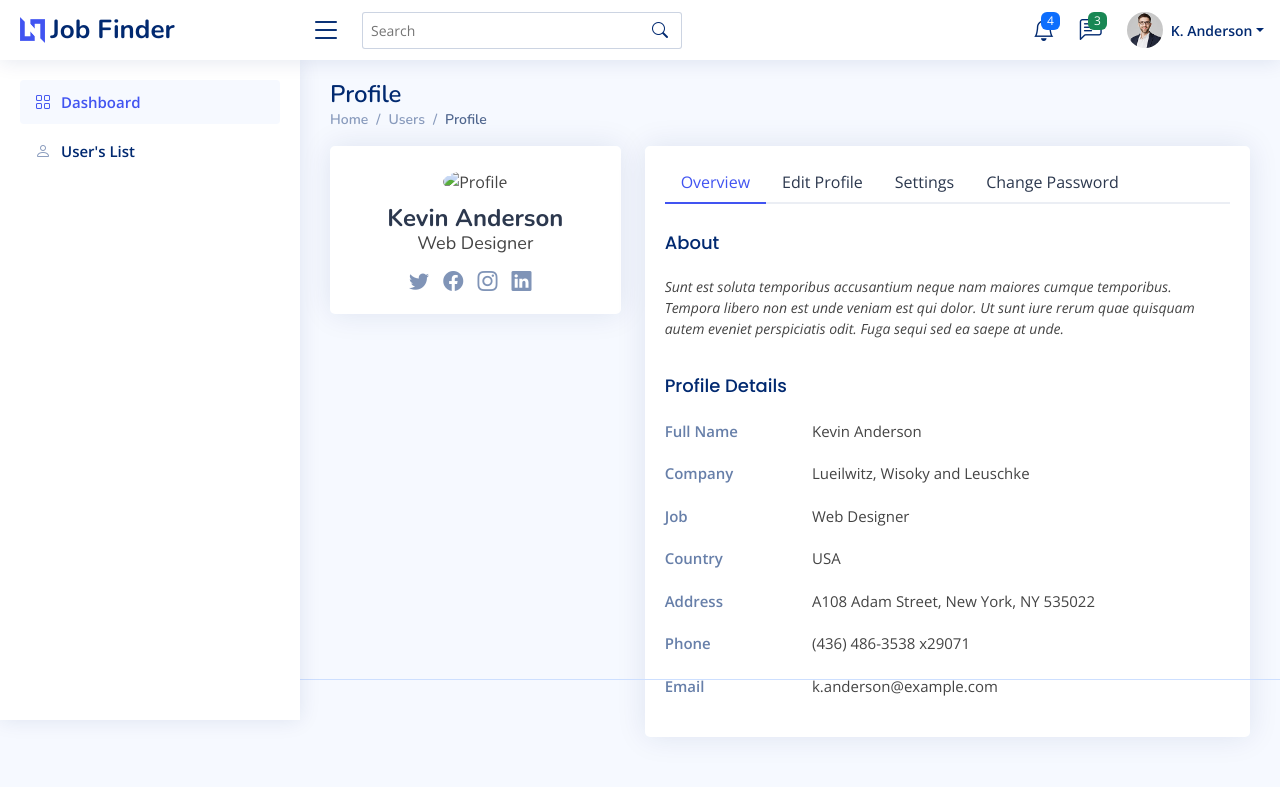
Repository: neha-rouniyar/jobfinder
Page: http://localhost/employer/my-profile
These files come from the project's save history. The page is drawn as it stood at one moment and after a run of saves; the edit follows.
The browser window is 1280 px wide. The pictures show the whole page.
The page is served by the project's Laravel application, run on PHP 8.4 with Laravel 10. A made-up administrator, Test User (test@example.com), is signed in. Other server files are loaded and not shown.

Above is the page before, as saved 2023-12-21 22:31:47.

### routes/web.php
<?php

use App\Http\Controllers\Admin\AdminController;
use App\Http\Controllers\Employer\ProfileController;
use App\Http\Controllers\RegisterController;
use Illuminate\Support\Facades\Route;

/*
|--------------------------------------------------------------------------
| Web Routes
|--------------------------------------------------------------------------
|
| Here is where you can register web routes for your application. These
| routes are loaded by the RouteServiceProvider and all of them will
| be assigned to the "web" middleware group. Make something great!
|
*/

Route::get('/', function () {
    return view('welcome');
});

Route::get('/login-form',[RegisterController::class,'loginForm'])->name('login.form');
Route::get('/register-form',[RegisterController::class,'registerForm'])->name('register.form');
Route::get('/employer-form',[RegisterController::class,'employerForm'])->name('employer.form');
Route::post('/user/register-form',[RegisterController::class,'userRegisterStore'])->name('user.register.submit');
Route::post('/employer/register-form',[RegisterController::class,'companyRegisterStore'])->name('company.register.submit');
Route::post('/login-submit',[RegisterController::class,'loginAuthenticate'])->name('login.submit');





Route::get('/verify-email/{token}',[RegisterController::class,'verifyEmail'])->name('verify.email');


//admin page
Route::get('/admin-dashboard',[AdminController::class,'index'])->name('admin.dashboard');
Route::get('/admin-logout',[AdminController::class,'logout'])->name('admin.logout');
Route::get('/admin/users-list',[AdminController::class,'userList'])->name('admin.users.list');

//company only
Route::get('/employer/my-profile',[ProfileController::class,'myProfile'])->name('company.profile');



//common routes
// Route::get('/admin-dashboard',[AdminController::class,'index'])->name('common.dashboard');

### app/Models/User.php
<?php

namespace App\Models;

// use Illuminate\Contracts\Auth\MustVerifyEmail;
use Illuminate\Database\Eloquent\Factories\HasFactory;
use Illuminate\Foundation\Auth\User as Authenticatable;
use Illuminate\Notifications\Notifiable;
use Laravel\Sanctum\HasApiTokens;

class User extends Authenticatable
{
    use HasApiTokens, HasFactory, Notifiable;

    /**
     * The attributes that are mass assignable.
     *
     * @var array<int, string>
     */
    protected $fillable = [
        'name',
        'email',
        'password',
    ];

    /**
     * The attributes that should be hidden for serialization.
     *
     * @var array<int, string>
     */
    protected $hidden = [
        'password',
        'remember_token',
    ];

    /**
     * The attributes that should be cast.
     *
     * @var array<string, string>
     */
    protected $casts = [
        'email_verified_at' => 'datetime',
        'password' => 'hashed',
    ];
    public function emailVerification()
    {
        return $this->hasOne(EmailVerification::class);
    }
    public function roles()
    {
        return $this->belongsToMany(User::class,'user_roles','user_id','role_id');
    }

}

### app/Http/Controllers/Employer/ProfileController.php
<?php

namespace App\Http\Controllers\Employer;

use App\Http\Controllers\Controller;
use Illuminate\Http\Request;

class ProfileController extends Controller
{
    public function myProfile(Request $request)
    {
        return view('employer.myProfile');
    }
}

### resources/views/employer/myProfile.blade.php
@extends('admin.index')
@section('content')


      <main id="main" class="main">

        <div class="pagetitle">
          <h1>Profile</h1>
          <nav>
            <ol class="breadcrumb">
              <li class="breadcrumb-item"><a href="index.html">Home</a></li>
              <li class="breadcrumb-item">Users</li>
              <li class="breadcrumb-item active">Profile</li>
            </ol>
          </nav>
        </div><!-- End Page Title -->

        <section class="section profile">
          <div class="row">
            <div class="col-xl-4">

              <div class="card">
                <div class="card-body profile-card pt-4 d-flex flex-column align-items-center">

                  <img src="assets/img/profile-img.jpg" alt="Profile" class="rounded-circle">
                  <h2>Kevin Anderson</h2>
                  <h3>Web Designer</h3>
                  <div class="social-links mt-2">
                    <a href="#" class="twitter"><i class="bi bi-twitter"></i></a>
                    <a href="#" class="facebook"><i class="bi bi-facebook"></i></a>
                    <a href="#" class="instagram"><i class="bi bi-instagram"></i></a>
                    <a href="#" class="linkedin"><i class="bi bi-linkedin"></i></a>
                  </div>
                </div>
              </div>

            </div>

            <div class="col-xl-8">

              <div class="card">
                <div class="card-body pt-3">
                  <!-- Bordered Tabs -->
                  <ul class="nav nav-tabs nav-tabs-bordered">

                    <li class="nav-item">
                      <button class="nav-link active" data-bs-toggle="tab" data-bs-target="#profile-overview">Overview</button>
                    </li>

                    <li class="nav-item">
                      <button class="nav-link" data-bs-toggle="tab" data-bs-target="#profile-edit">Edit Profile</button>
                    </li>

                    <li class="nav-item">
                      <button class="nav-link" data-bs-toggle="tab" data-bs-target="#profile-settings">Settings</button>
                    </li>

                    <li class="nav-item">
                      <button class="nav-link" data-bs-toggle="tab" data-bs-target="#profile-change-password">Change Password</button>
                    </li>

                  </ul>
                  <div class="tab-content pt-2">

                    <div class="tab-pane fade show active profile-overview" id="profile-overview">
                      <h5 class="card-title">About</h5>
                      <p class="small fst-italic">Sunt est soluta temporibus accusantium neque nam maiores cumque temporibus. Tempora libero non est unde veniam est qui dolor. Ut sunt iure rerum quae quisquam autem eveniet perspiciatis odit. Fuga sequi sed ea saepe at unde.</p>

                      <h5 class="card-title">Profile Details</h5>

                      <div class="row">
                        <div class="col-lg-3 col-md-4 label ">Full Name</div>
                        <div class="col-lg-9 col-md-8">Kevin Anderson</div>
                      </div>

                      <div class="row">
                        <div class="col-lg-3 col-md-4 label">Company</div>
                        <div class="col-lg-9 col-md-8">Lueilwitz, Wisoky and Leuschke</div>
                      </div>

                      <div class="row">
                        <div class="col-lg-3 col-md-4 label">Job</div>
                        <div class="col-lg-9 col-md-8">Web Designer</div>
                      </div>

                      <div class="row">
                        <div class="col-lg-3 col-md-4 label">Country</div>
                        <div class="col-lg-9 col-md-8">USA</div>
                      </div>

                      <div class="row">
                        <div class="col-lg-3 col-md-4 label">Address</div>
                        <div class="col-lg-9 col-md-8">A108 Adam Street, New York, NY 535022</div>
                      </div>

                      <div class="row">
                        <div class="col-lg-3 col-md-4 label">Phone</div>
                        <div class="col-lg-9 col-md-8">(436) 486-3538 x29071</div>
                      </div>

                      <div class="row">
                        <div class="col-lg-3 col-md-4 label">Email</div>
                        <div class="col-lg-9 col-md-8">k.anderson@example.com</div>
                      </div>

                    </div>

                    <div class="tab-pane fade profile-edit pt-3" id="profile-edit">

                      <!-- Profile Edit Form -->
                      <form>
                        <div class="row mb-3">
                          <label for="profileImage" class="col-md-4 col-lg-3 col-form-label">Profile Image</label>
                          <div class="col-md-8 col-lg-9">
                            <img src="assets/img/profile-img.jpg" alt="Profile">
                            <div class="pt-2">
                              <a href="#" class="btn btn-primary btn-sm" title="Upload new profile image"><i class="bi bi-upload"></i></a>
                              <a href="#" class="btn btn-danger btn-sm" title="Remove my profile image"><i class="bi bi-trash"></i></a>
                            </div>
                          </div>
                        </div>

                        <div class="row mb-3">
                          <label for="fullName" class="col-md-4 col-lg-3 col-form-label">Full Name</label>
                          <div class="col-md-8 col-lg-9">
                            <input name="fullName" type="text" class="form-control" id="fullName" value="Kevin Anderson">
                          </div>
                        </div>

                        <div class="row mb-3">
                          <label for="about" class="col-md-4 col-lg-3 col-form-label">About</label>
                          <div class="col-md-8 col-lg-9">
                            <textarea name="about" class="form-control" id="about" style="height: 100px">Sunt est soluta temporibus accusantium neque nam maiores cumque temporibus. Tempora libero non est unde veniam est qui dolor. Ut sunt iure rerum quae quisquam autem eveniet perspiciatis odit. Fuga sequi sed ea saepe at unde.</textarea>
                          </div>
                        </div>

                        <div class="row mb-3">
                          <label for="company" class="col-md-4 col-lg-3 col-form-label">Company</label>
                          <div class="col-md-8 col-lg-9">
                            <input name="company" type="text" class="form-control" id="company" value="Lueilwitz, Wisoky and Leuschke">
                          </div>
                        </div>

                        <div class="row mb-3">
                          <label for="Job" class="col-md-4 col-lg-3 col-form-label">Job</label>
                          <div class="col-md-8 col-lg-9">
                            <input name="job" type="text" class="form-control" id="Job" value="Web Designer">
                          </div>
                        </div>

                        <div class="row mb-3">
                          <label for="Country" class="col-md-4 col-lg-3 col-form-label">Country</label>
                          <div class="col-md-8 col-lg-9">
                            <input name="country" type="text" class="form-control" id="Country" value="USA">
                          </div>
                        </div>

                        <div class="row mb-3">
                          <label for="Address" class="col-md-4 col-lg-3 col-form-label">Address</label>
                          <div class="col-md-8 col-lg-9">
                            <input name="address" type="text" class="form-control" id="Address" value="A108 Adam Street, New York, NY 535022">
                          </div>
                        </div>

                        <div class="row mb-3">
                          <label for="Phone" class="col-md-4 col-lg-3 col-form-label">Phone</label>
                          <div class="col-md-8 col-lg-9">
                            <input name="phone" type="text" class="form-control" id="Phone" value="(436) 486-3538 x29071">
                          </div>
                        </div>

                        <div class="row mb-3">
                          <label for="Email" class="col-md-4 col-lg-3 col-form-label">Email</label>
                          <div class="col-md-8 col-lg-9">
                            <input name="email" type="email" class="form-control" id="Email" value="k.anderson@example.com">
                          </div>
                        </div>

                        <div class="row mb-3">
                          <label for="Twitter" class="col-md-4 col-lg-3 col-form-label">Twitter Profile</label>
                          <div class="col-md-8 col-lg-9">
                            <input name="twitter" type="text" class="form-control" id="Twitter" value="https://twitter.com/#">
                          </div>
                        </div>

                        <div class="row mb-3">
                          <label for="Facebook" class="col-md-4 col-lg-3 col-form-label">Facebook Profile</label>
                          <div class="col-md-8 col-lg-9">
                            <input name="facebook" type="text" class="form-control" id="Facebook" value="https://facebook.com/#">
                          </div>
                        </div>

                        <div class="row mb-3">
                          <label for="Instagram" class="col-md-4 col-lg-3 col-form-label">Instagram Profile</label>
                          <div class="col-md-8 col-lg-9">
                            <input name="instagram" type="text" class="form-control" id="Instagram" value="https://instagram.com/#">
                          </div>
                        </div>

                        <div class="row mb-3">
                          <label for="Linkedin" class="col-md-4 col-lg-3 col-form-label">Linkedin Profile</label>
                          <div class="col-md-8 col-lg-9">
                            <input name="linkedin" type="text" class="form-control" id="Linkedin" value="https://linkedin.com/#">
                          </div>
                        </div>

                        <div class="text-center">
                          <button type="submit" class="btn btn-primary">Save Changes</button>
                        </div>
                      </form><!-- End Profile Edit Form -->

                    </div>

                    <div class="tab-pane fade pt-3" id="profile-settings">

                      <!-- Settings Form -->
                      <form>

                        <div class="row mb-3">
                          <label for="fullName" class="col-md-4 col-lg-3 col-form-label">Email Notifications</label>
                          <div class="col-md-8 col-lg-9">
                            <div class="form-check">
                              <input class="form-check-input" type="checkbox" id="changesMade" checked>
                              <label class="form-check-label" for="changesMade">
                                Changes made to your account
                              </label>
                            </div>
                            <div class="form-check">
                              <input class="form-check-input" type="checkbox" id="newProducts" checked>
                              <label class="form-check-label" for="newProducts">
                                Information on new products and services
                              </label>
                            </div>
                            <div class="form-check">
                              <input class="form-check-input" type="checkbox" id="proOffers">
                              <label class="form-check-label" for="proOffers">
                                Marketing and promo offers
                              </label>
                            </div>
                            <div class="form-check">
                              <input class="form-check-input" type="checkbox" id="securityNotify" checked disabled>
                              <label class="form-check-label" for="securityNotify">
                                Security alerts
                              </label>
                            </div>
                          </div>
                        </div>

                        <div class="text-center">
                          <button type="submit" class="btn btn-primary">Save Changes</button>
                        </div>
                      </form><!-- End settings Form -->

                    </div>

                    <div class="tab-pane fade pt-3" id="profile-change-password">
                      <!-- Change Password Form -->
                      <form>

                        <div class="row mb-3">
                          <label for="currentPassword" class="col-md-4 col-lg-3 col-form-label">Current Password</label>
                          <div class="col-md-8 col-lg-9">
                            <input name="password" type="password" class="form-control" id="currentPassword">
                          </div>
                        </div>

                        <div class="row mb-3">
                          <label for="newPassword" class="col-md-4 col-lg-3 col-form-label">New Password</label>
                          <div class="col-md-8 col-lg-9">
                            <input name="newpassword" type="password" class="form-control" id="newPassword">
                          </div>
                        </div>

                        <div class="row mb-3">
                          <label for="renewPassword" class="col-md-4 col-lg-3 col-form-label">Re-enter New Password</label>
                          <div class="col-md-8 col-lg-9">
                            <input name="renewpassword" type="password" class="form-control" id="renewPassword">
                          </div>
                        </div>

                        <div class="text-center">
                          <button type="submit" class="btn btn-primary">Change Password</button>
                        </div>
                      </form><!-- End Change Password Form -->

                    </div>

                  </div><!-- End Bordered Tabs -->

                </div>
              </div>

            </div>
          </div>
        </section>

      </main>



@endsection

### resources/views/admin/index.blade.php
<!DOCTYPE html>
<html lang="en">

<head>
  <meta charset="utf-8">
  <meta content="width=device-width, initial-scale=1.0" name="viewport">

  <title>Dashboard - NiceAdmin Bootstrap Template</title>
  <meta content="" name="description">
  <meta content="" name="keywords">

  <!-- Favicons -->
  <link href="assets/img/favicon.png" rel="icon">
  <link href="assets/img/apple-touch-icon.png" rel="apple-touch-icon">

  @include('admin.adminfiles.css')
</head>
<body>

  <!-- ======= Header ======== -->
@include('admin.adminfiles.navbar')


  <!-- ======= Sidebar ======= -->
  @include('admin.adminfiles.sidebar')

  @yield('content')
  <!-- End #main -->

  <!-- ======= Footer ======= -->
@include('admin.adminfiles.footer')
  <!-- End Footer -->

  <a href="#" class="back-to-top d-flex align-items-center justify-content-center"><i class="bi bi-arrow-up-short"></i></a>

  <!-- Vendor JS Files -->
@include('admin.adminfiles.js')

</body>

</html>

### resources/views/admin/adminfiles/css.blade.php
<link href="https://fonts.gstatic.com" rel="preconnect">
  <link href="https://fonts.googleapis.com/css?family=Open+Sans:300,300i,400,400i,600,600i,700,700i|Nunito:300,300i,400,400i,600,600i,700,700i|Poppins:300,300i,400,400i,500,500i,600,600i,700,700i" rel="stylesheet">

  <!-- Vendor CSS Files -->
  <link href="{{asset('adminasset/vendor/bootstrap/css/bootstrap.min.css')}}" rel="stylesheet">
  <link href="{{asset('adminasset/vendor/bootstrap-icons/bootstrap-icons.css')}}" rel="stylesheet">
  <link href="{{asset('adminasset/vendor/boxicons/css/boxicons.min.css')}}" rel="stylesheet">
  <link href="{{asset('adminasset/vendor/quill/quill.snow.css')}}" rel="stylesheet">
  <link href="{{asset('adminasset/vendor/quill/quill.bubble.css')}}" rel="stylesheet">
  <link href="{{asset('adminasset/vendor/remixicon/remixicon.css')}}" rel="stylesheet">
  <link href="{{asset('adminasset/vendor/simple-datatables/style.css')}}" rel="stylesheet">

  <!-- Template Main CSS File -->
  <link href="{{asset('adminasset/css/style.css')}}" rel="stylesheet">

### resources/views/admin/adminfiles/footer.blade.php

<footer id="footer" class="footer">
    {{-- <div class="copyright">
      &copy; Copyright <strong><span>NiceAdmin</span></strong>. All Rights Reserved
    </div>
    <div class="credits">
      <!-- All the links in the footer should remain intact. -->
      <!-- You can delete the links only if you purchased the pro version. -->
      <!-- Licensing information: https://bootstrapmade.com/license/ -->
      <!-- Purchase the pro version with working PHP/AJAX contact form: https://bootstrapmade.com/nice-admin-bootstrap-admin-html-template/ -->
      Designed by <a href="https://bootstrapmade.com/">BootstrapMade</a>
    </div> --}}
  </footer>

### resources/views/admin/adminfiles/js.blade.php
<script src="https://khalti.com/static/khalti-checkout.js"></script>
{{-- <script src="{{asset('adminasset/js/jquery.js')}}"></script> --}}
<script src="{{asset('adminasset/vendor/apexcharts/apexcharts.min.js')}}"></script>
<script src="{{asset('adminasset/vendor/bootstrap/js/bootstrap.bundle.min.js')}}"></script>
<script src="{{asset('adminasset/vendor/chart.js/chart.umd.js')}}"></script>
<script src="{{asset('adminasset/vendor/echarts/echarts.min.js')}}"></script>
<script src="{{asset('adminasset/vendor/quill/quill.min.js')}}"></script>
<script src="{{asset('adminasset/vendor/simple-datatables/simple-datatables.js')}}"></script>
<script src="{{asset('adminasset/vendor/tinymce/tinymce.min.js')}}"></script>
<script src="{{asset('adminasset/vendor/php-email-form/validate.js')}}"></script>

<!-- Template Main JS File -->
<script src="{{asset('adminasset/js/main.js')}}"></script>

Loaded but not shown: app/Http/Controllers/Controller.php (common file); public/adminasset/js/main.js (321 lines, source omitted); public/adminasset/css/style.css (1236 lines, source omitted); resources/views/admin/adminfiles/navbar.blade.php (228 lines, source omitted); resources/views/admin/adminfiles/sidebar.blade.php (85 lines, source omitted)

After the next 2 saves:
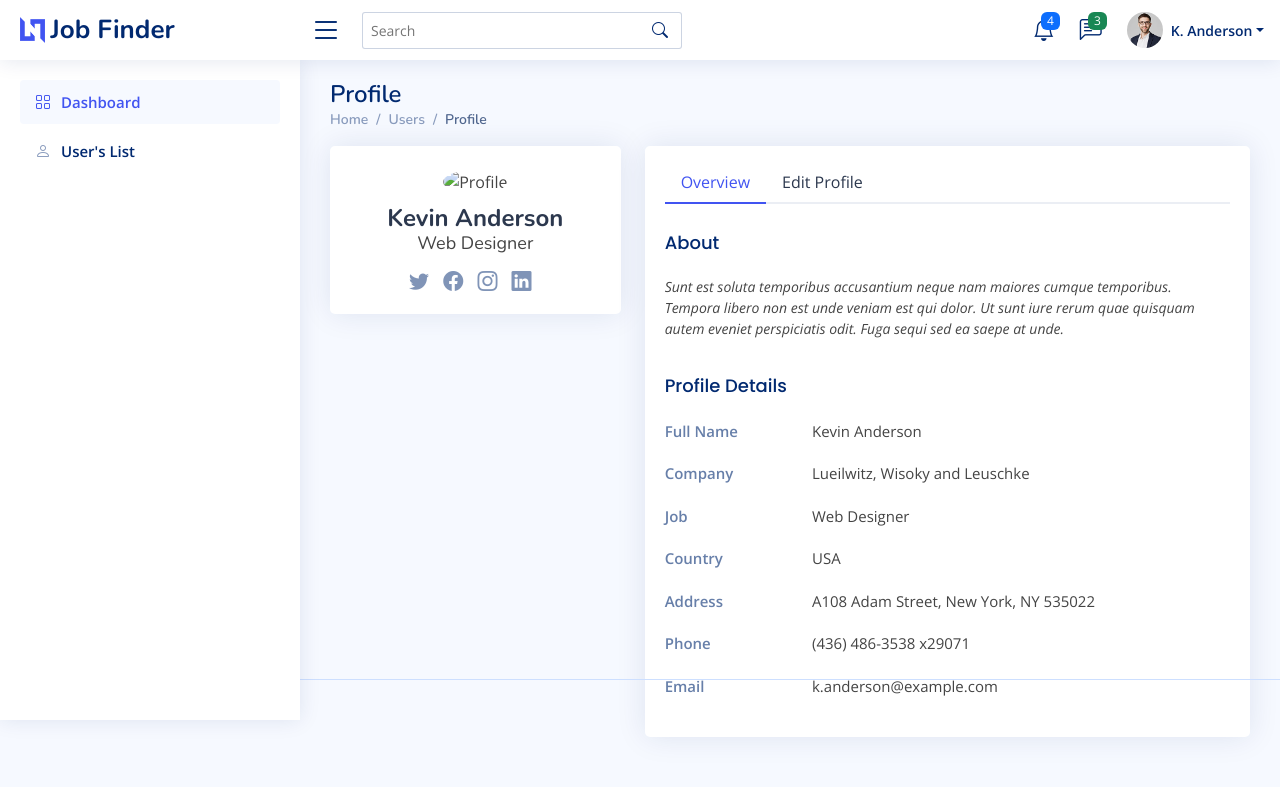
The 2 saves are shown as one change because they came seconds apart.
The last was saved 43 s later.
--- a/resources/views/employer/myProfile.blade.php
+++ b/resources/views/employer/myProfile.blade.php
@@ -51,13 +51,13 @@
                       <button class="nav-link" data-bs-toggle="tab" data-bs-target="#profile-edit">Edit Profile</button>
                     </li>
 
-                    <li class="nav-item">
+                    {{-- <li class="nav-item">
                       <button class="nav-link" data-bs-toggle="tab" data-bs-target="#profile-settings">Settings</button>
-                    </li>
-
-                    <li class="nav-item">
+                    </li> --}}
+
+                    {{-- <li class="nav-item">
                       <button class="nav-link" data-bs-toggle="tab" data-bs-target="#profile-change-password">Change Password</button>
-                    </li>
+                    </li> --}}
 
                   </ul>
                   <div class="tab-content pt-2">
